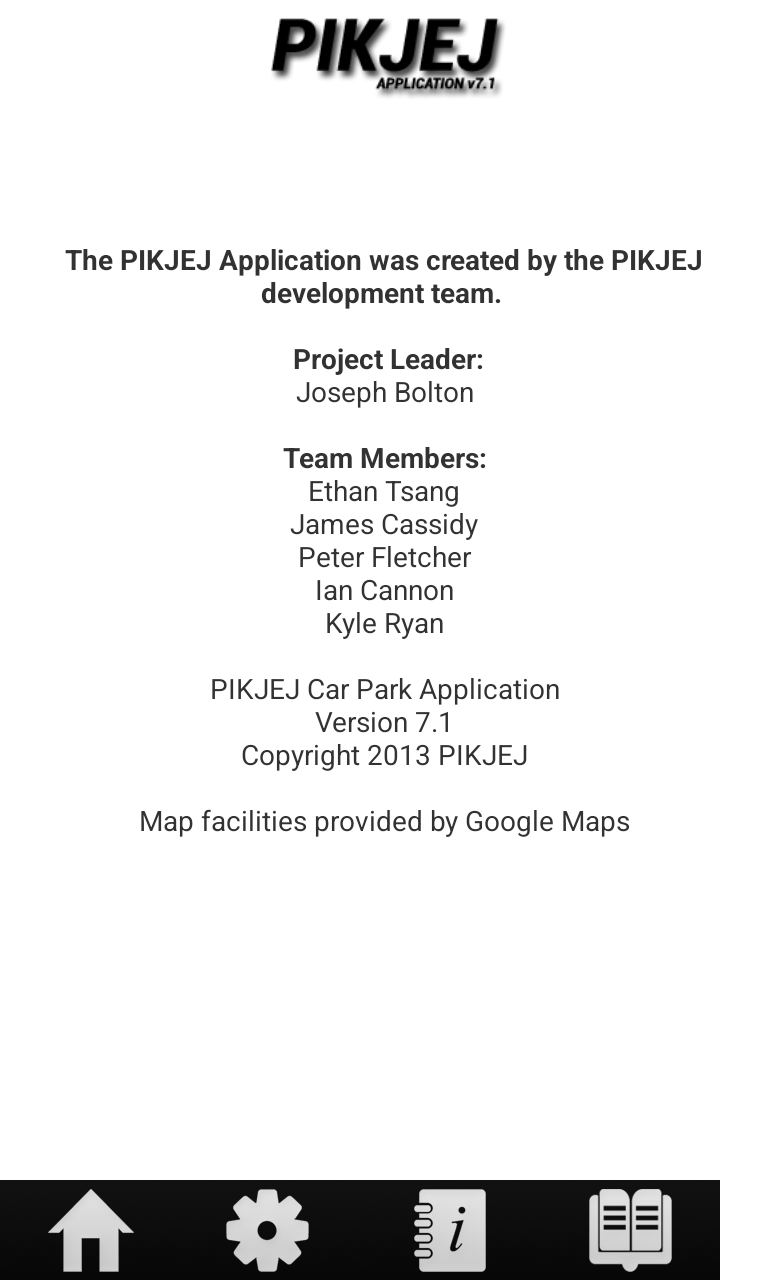
Repository: jo3bolton/PIKJEJ
Layout: PIKJEJ v7/PIKJEJ/res/layout/activity_about.xml
An editor plug-in stored every save of this project. The layout is shown before and after the next save, followed by the edit.
It is drawn on a 768 x 1280 px phone screen (xhdpi) without system bars, with theme AppTheme; the app's code is not run.

Above is the layout before, as saved 2013-03-23 14:03:33.

### PIKJEJ v7/PIKJEJ/res/layout/activity_about.xml
<RelativeLayout xmlns:android="http://schemas.android.com/apk/res/android"
    xmlns:tools="http://schemas.android.com/tools"
    android:layout_width="match_parent"
    android:layout_height="match_parent"
    android:screenOrientation="portrait"
    tools:context=".About" >

    <ImageButton
        android:id="@+id/home"
        android:layout_width="wrap_content"
        android:layout_height="wrap_content"
        android:layout_alignParentBottom="true"
        android:layout_alignParentLeft="true"
        android:background="@drawable/ic_tab_home_unselected"
        android:onClick="Home" />

    <ImageButton
        android:id="@+id/settings"
        android:layout_width="wrap_content"
        android:layout_height="wrap_content"
        android:layout_alignParentBottom="true"
        android:layout_toRightOf="@+id/home"
        android:background="@drawable/ic_tab_settings_unselected"
        android:onClick="Settings" />

    <ImageButton
        android:id="@+id/about"
        android:layout_width="wrap_content"
        android:layout_height="wrap_content"
        android:layout_alignParentBottom="true"
        android:layout_toRightOf="@+id/settings"
        android:background="@drawable/ic_tab_about_unselected"
        android:onClick="About" />

    <ImageButton
        android:id="@+id/userguide"
        android:layout_width="wrap_content"
        android:layout_height="wrap_content"
        android:layout_alignParentBottom="true"
        android:layout_toRightOf="@+id/about"
        android:background="@drawable/ic_tab_userguide_unselected"
        android:onClick="Userguide" />

<ScrollView
    android:id="@+id/ScrollView1"
    android:layout_width="wrap_content"
    android:layout_height="wrap_content"
    android:layout_alignParentLeft="true"
    android:layout_alignParentTop="true"
    android:layout_marginTop="120dp" >
    <TextView
    android:id="@+id/textView1"
    android:layout_width="wrap_content"
    android:layout_height="match_parent"
    android:layout_alignParentLeft="true"
    android:layout_alignParentTop="true"
    android:gravity="center"
    android:scrollbars="vertical"
    android:text="@string/page_about" />
</ScrollView>

<ImageView
    android:id="@+id/imageView1"
    android:layout_width="wrap_content"
    android:layout_height="wrap_content"
    android:layout_alignParentTop="true"
    android:layout_centerHorizontal="true"
    android:src="@drawable/img_pikjej_about" />


</RelativeLayout>

### PIKJEJ v7/PIKJEJ/res/values/strings.xml
<?xml version="1.0" encoding="utf-8"?>
<resources>

    <string name="app_name">PIKJEJ</string>
    <string name="action_settings">Settings</string>
    <string name="hello_world">Hello world!</string>
    <string name="title_activity_about">About</string>
    <string name="title_activity_alt_travel">AltTravel</string>
    <string name="title_activity_userguide">Userguide</string>
    <string name="title_activity_schedule">Schedule</string>
    <string name="title_activity_settings">Settings</string>
    <string name="title_activity_predictor">Predictor</string>
    <string name="title_activity_terms">Terms</string>
    <string name="title_activity_splash">Splash</string>
    <string name="title_activity_home">Home</string>
    <string name="page_about"><b>The PIKJEJ Application was created by the PIKJEJ development team.</b> \n \n <b> Project Leader:</b> \n Joseph Bolton \n\n <b>Team Members:</b> \n Ethan Tsang \n James Cassidy \n Peter Fletcher \n Ian Cannon \n  Kyle Ryan \n\n PIKJEJ Car Park Application \n Version 7.1 \n Copyright 2013 PIKJEJ \n\n Map facilities provided by Google Maps \n\n </string>

</resources>

Loaded but not shown: PIKJEJ v7/PIKJEJ/res/values/styles.xml (common file); PIKJEJ v7/PIKJEJ/res/values-v11/styles.xml (common file); PIKJEJ v7/PIKJEJ/res/values-v14/styles.xml (common file)

After the next save:
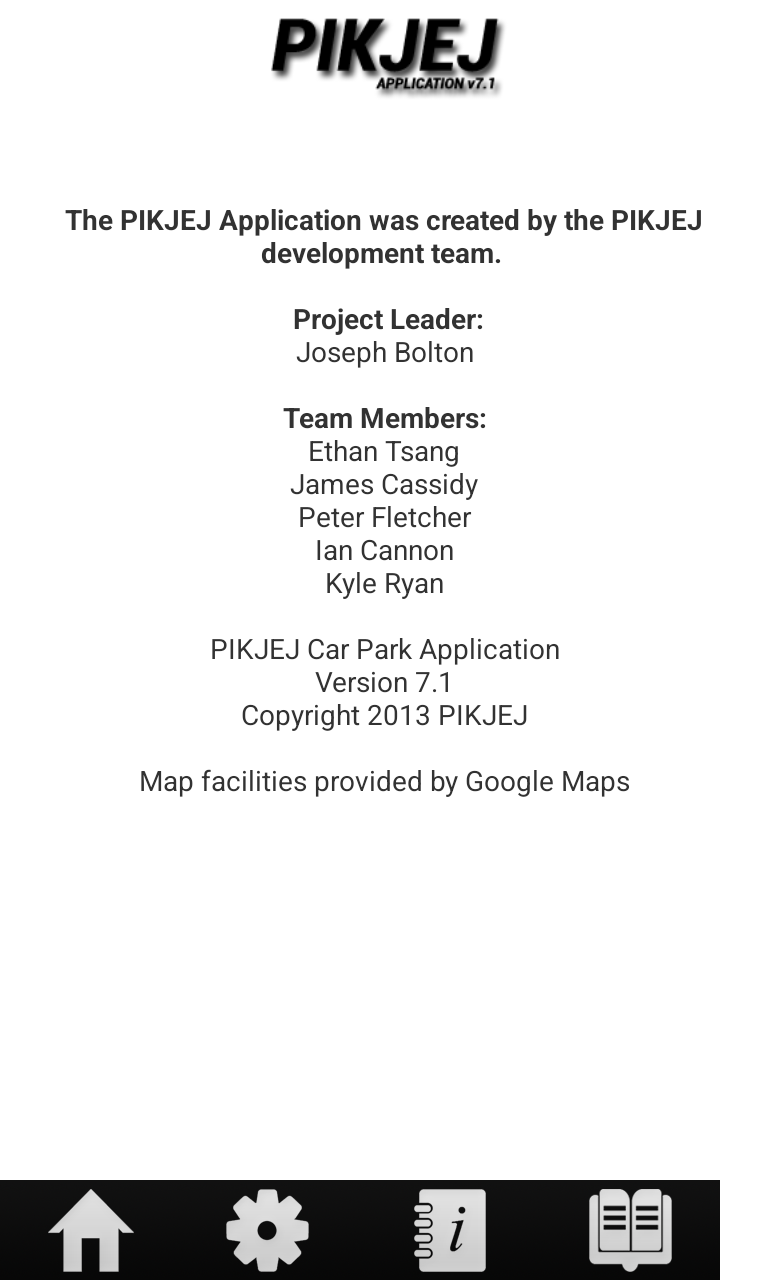
Saved 22 s later.
--- a/PIKJEJ v7/PIKJEJ/res/layout/activity_about.xml
+++ b/PIKJEJ v7/PIKJEJ/res/layout/activity_about.xml
@@ -47,16 +47,18 @@
     android:layout_height="wrap_content"
     android:layout_alignParentLeft="true"
     android:layout_alignParentTop="true"
-    android:layout_marginTop="120dp" >
+    android:layout_marginTop="100dp" >
+
     <TextView
-    android:id="@+id/textView1"
-    android:layout_width="wrap_content"
-    android:layout_height="match_parent"
-    android:layout_alignParentLeft="true"
-    android:layout_alignParentTop="true"
-    android:gravity="center"
-    android:scrollbars="vertical"
-    android:text="@string/page_about" />
+        android:id="@+id/textView1"
+        android:layout_width="wrap_content"
+        android:layout_height="94dp"
+        android:layout_alignParentLeft="true"
+        android:layout_alignParentTop="true"
+        android:gravity="center"
+        android:scrollbars="vertical"
+        android:text="@string/page_about" />
+
 </ScrollView>
 
 <ImageView
